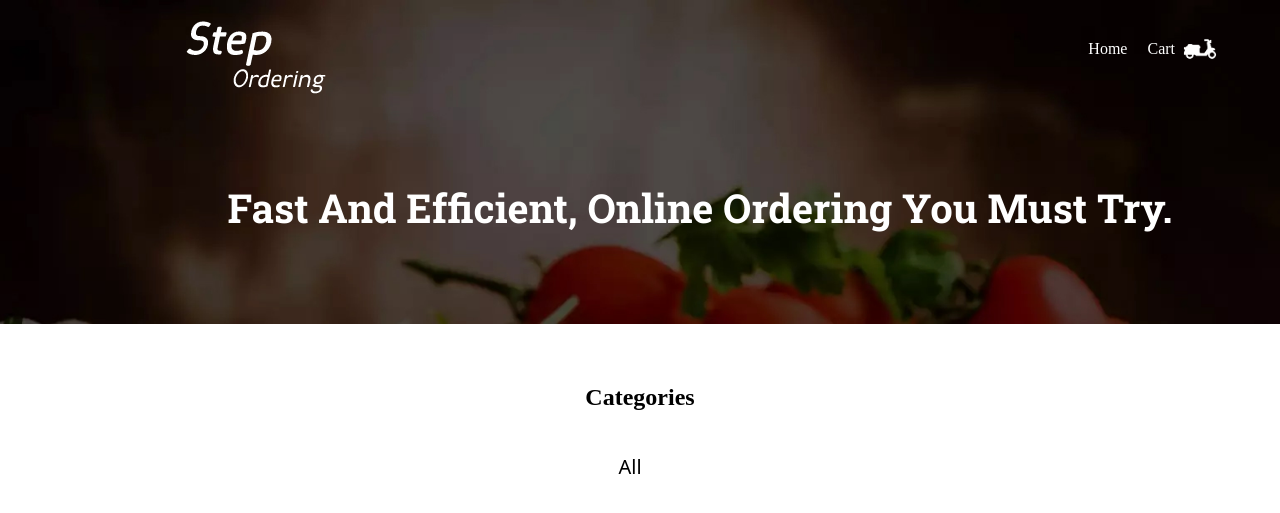
Repository: anastasia29-step/Online-Restaurant
Page: index.html
An editor plug-in stored every save of this project. The page is shown before and after the next save, followed by the edit.
The browser window is 1280 px wide. The pictures show the whole page.

Above is the page before, as saved 2026-03-09 16:43:55.
Not found: app.js/

### index.html
<!DOCTYPE html>
<html lang="en">

<head>
    <meta charset="UTF-8">
    <meta name="viewport" content="width=device-width, initial-scale=1.0">
    <title>Document</title>
    <link rel="stylesheet" href="style.css">
    <link rel="preconnect" href="https://fonts.googleapis.com">
<link rel="preconnect" href="https://fonts.gstatic.com" crossorigin>
<link href="https://fonts.googleapis.com/css2?family=Roboto+Slab:wght@100..900&display=swap" rel="stylesheet">
</head>

<body>

    <section class="FirstLine">
        <div class="beside">
            <div class="left">
                <a href="./index.html"><img src="./photo/logo.png" alt=""></a>
            </div>
            <div class="right">
                <a href="./index.html">Home</a>
                <a href="./Cart.html">Cart</a>
                <a href="./Cart.html"><img src="./photo/istockphoto-609074524-612x612 Background Removed.png"
                        alt=""></a>
            </div>
        </div>
        <div class="bottom">
            <h1>Fast And Efficient, Online Ordering You Must Try.</h1>
        </div>
    </section>
    <section class="section">
        <h1>Categories</h1>
        <ul>
            <li onclick="showAll()">All</li>
        </ul>
    </section>



    <script src="app.js\"></script>
</body>

</html>

### style.css
* {
    margin: 0;
    padding: 0;
    box-sizing: border-box;
}
.section{
    display: flex;
    flex-direction: column;
    padding: 60px;
    gap: 10px;
}
ul {
    display: flex !important;
    justify-content: center;
    height: 90px;
    width: 100%;
    flex-wrap: wrap;
    list-style: none;
    gap: 20px;
    font-family: system-ui, -apple-system, BlinkMacSystemFont, 'Segoe UI', Roboto, Oxygen, Ubuntu, Cantarell, 'Open Sans', 'Helvetica Neue', sans-serif;
    border-bottom: 3px wavy red;
    align-items: center;
}
ul::after{
    content: "";
    display: block;
    height: 6px;
    background-image: url("border.png");
    background-repeat: repeat-x;
    background-position: bottom;
}
.FirstLine {
    height: 45vh;
    background-image: url(./photo/inner_banner.jpg);
    background-position: center;
    background-repeat: no-repeat;
    background-size: cover;
    padding-left: 170px;
    padding-top: 20px;
}

.beside {
    display: flex;
    justify-content: space-between;
}

.beside .right {
    display: flex;
    gap: 20px;
    padding-right: 50px;
    padding-top: 20px;
}

.beside .right a {
    text-decoration: none;
    color: white;
}

.beside .right img {
    width: 60px;
    margin-top: -21px;
    margin-left: -25px;
}

.FirstLine .bottom h1 {
    text-align: center;
    color: white;
    margin-top: 80px;
    margin-right: 50px;
    font-size: 40px;
    font-family: "Roboto Slab", serif;
}


ul li {
    height: 100%;
    font-size: 20px;
    cursor: pointer;
    transition: 0.3s;
    display: flex;
    justify-content: center;
    align-items: center;

}
ul li:hover{
    background-color: red;
    color: white;

}

h1 {
    margin: auto;
}

After the next save:
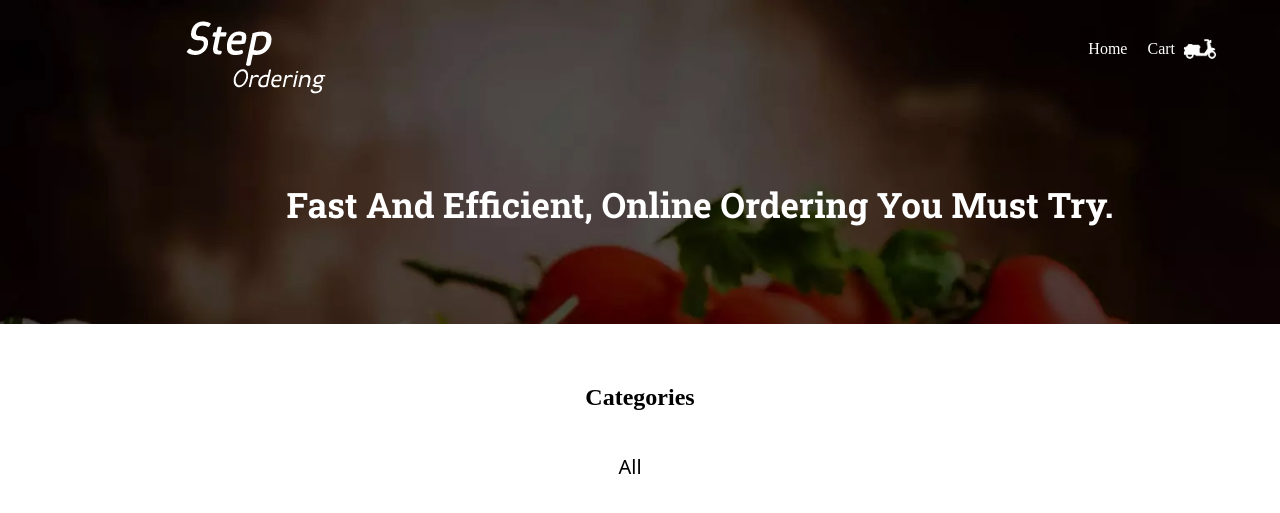
Saved 26 s later.
--- a/style.css
+++ b/style.css
@@ -67,7 +67,7 @@ ul::after{
     color: white;
     margin-top: 80px;
     margin-right: 50px;
-    font-size: 40px;
+    font-size: 35px;
     font-family: "Roboto Slab", serif;
 }
 
